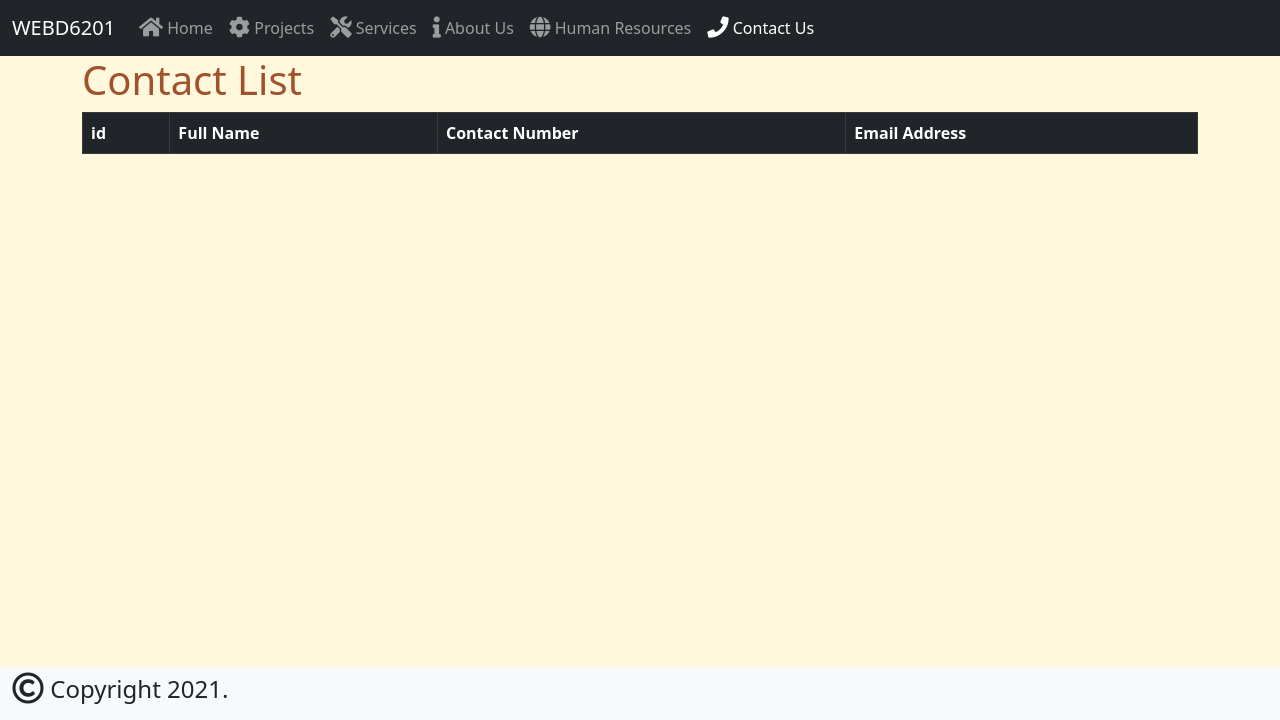
Repository: YiuWingLau/WEBD6201-W2021-Lab1
Page: contact-list.html
An editor plug-in stored every save of this project. The page is shown before and after the next save, followed by the edit.
The browser window is 1280 px wide. The pictures show the whole page.

Above is the page before, as saved 2021-02-04 03:19:20.

### contact-list.html
<!DOCTYPE html>
<html lang="en">
<head>
    <meta charset="UTF-8">
    <meta name="viewport" content="width=device-width, initial-scale=1.0">
    <title>Contact-List</title>
    <!-- CSS Section -->
    <link rel="stylesheet" href="./node_modules/bootstrap/dist/css/bootstrap.min.css">
    <link rel="stylesheet" href="./node_modules/@fortawesome/fontawesome-free/css/all.min.css">
    <link rel="stylesheet" href="./Content/app.css">
</head>
<body>
    <!-- Main Header -->
    <header>
        <!-- Main Navigation -->
        <nav class="navbar navbar-expand-lg navbar-dark bg-dark">
            <div class="container-fluid">
              <a class="navbar-brand" href="index.html">WEBD6201</a>
              <button class="navbar-toggler" type="button" data-bs-toggle="collapse" data-bs-target="#navbarSupportedContent" aria-controls="navbarSupportedContent" aria-expanded="false" aria-label="Toggle navigation">
                <span class="navbar-toggler-icon"></span>
              </button>
              <div class="collapse navbar-collapse" id="navbarSupportedContent">
                <ul class="navbar-nav me-auto mb-2 mb-lg-0">

                  <li id="navBarIndex" class="nav-item">
                    <a class="nav-link" aria-current="page" href="index.html"><i class="fas fa-home fa-lg"></i> Home</a>
                  </li>

                  <li id="navBarProjects" class="nav-item">
                    <a class="nav-link" aria-current="page" href="products.html"><i class="fas fa-cog fa-lg"></i> Products</a>
                  </li>

                  <li id="navBarServices" class="nav-item">
                    <a class="nav-link" aria-current="page" href="services.html"><i class="fas fa-tools fa-lg"></i> Services</a>




                  </li>

                  <li id="navBarAboutUs" class="nav-item">
                    <a class="nav-link" aria-current="page" href="about.html"><i class="fas fa-info fa-lg"></i> About Us</a>
                  </li>

                  <li id="navBarContactUs" class="nav-item">
                    <a class="nav-link active" aria-current="page" href="contact.html"><i class="fas fa-phone fa-lg"></i> Contact Us</a>
                  </li>

                </ul>
              </div>
            </div>
          </nav>
    </header>

    <!-- Main Content -->
    <main class="container">
        <h1>Contact List</h1>

        <div class="row">
          <div class="col">
            <table class="table table-striped table-bordered table-hover">
              <thead class="table-dark">
                <tr>
                  <th scope="col">id</th>
                  <th scope="col">Full Name</th>
                  <th scope="col">Contact Number</th>
                  <th scope="col">Email Address</th>
                </tr>
              </thead>
              <tbody id="contactList">
              </tbody>
            </table>
          </div>
        </div>
    </main>

    <!-- Main Footer -->
    <footer>
        <nav class="navbar fixed-bottom navbar-light bg-light">
            <div class="container-fluid">
              <h4><i class="far fa-copyright fa-lg"></i> Copyright 2021.</h4>
            </div>
          </nav>
    </footer>

    <!-- Script Section-->
    <script src="./node_modules/jquery/dist/jquery.min.js"></script>
    <script src="./node_modules/bootstrap/dist/js/bootstrap.bundle.min.js"></script>

    <script src="./Scripts/contact.js"></script>
    <script src="./Scripts/app.js"></script>
</body>
</html>

### Content/app.css
h1 {
    color: sienna;

}

p {
    color: blue;
    font-family:Cambria, Cochin, Georgia, Times, 'Times New Roman', serif;
    font-style: italic;
    font-size: 30px;
}

body {
    background-color: cornsilk;
}

#homepic {
    width: 1000px;
    height: 600px;
}

### Scripts/contact.js
"use strict";
// Contact Class
class Contact {
    // getters and setters
    get FullName()
    {
      return this.m_fullName;
    }

    set FullName(value)
    {
      this.m_fullName = value;
    }

    get ContactNumber()
    {
      return this.m_contactNumber;
    }

    set ContactNumber(value)
    {
      this.m_contactNumber = value;
    }

    get EmailAddress()
    {
      return this.m_emailAddress;
    }

    set EmailAddress(value)
    {
      this.m_emailAddress = value;
    }

    // constructor

    /**
     * @param {string} fullName
     * @param {string} contactNumber
     * @param {string} emailAddress
     */
    constructor(fullName = "", contactNumber = "", emailAddress = "")
    {
      this.FullName = fullName;
      this.ContactNumber = contactNumber;
      this.EmailAddress = emailAddress;
    }

    // methods

    /**
     * This method overrides the built-in toString method for the Contact class
     *
     * @returns {string}
     */
    toString()
    {
      return `Full Name     : ${this.FullName} \nContact Number: ${this.ContactNumber}\nEmail Address : ${this.EmailAddress}`;
    }

    /**
     * This method returns a JSON object made up of the properties of the Contact class
     *
     * @returns {Object}
     */
    toJSON()
    {
      return {
        "fullName": this.FullName,
        "contactNumber": this.ContactNumber,
        "emailAddress": this.EmailAddress
      }
    }

    /**
     * This method converts the Contact into a comma-separated value string
     *
     * @returns {string}
     */
    serialize()
    {
      if(this.FullName !== "" && this.ContactNumber !== "" && this.EmailAddress !== "")
      {
        return `${this.FullName},${this.ContactNumber},${this.EmailAddress}`;
      }
      else
      {
        console.error("One or more properties of the Contact is empty");
        return null;
      }
    }

    /**
     * This method takes a comma-separated data string and assigns the values to the Contact class properties
     *
     * @param {string} data
     * @return {void}
     */
    deserialize(data)
    {
      let propertyArray = data.split(",");
      this.FullName = propertyArray[0];
      this.ContactNumber = propertyArray[1];
      this.EmailAddress = propertyArray[2];
    }
  }

### Scripts/app.js
/* custom JavaScript goes here */

//IIFE - Immediately Invoked Function Expression
//AKA - Anonymous Self-Executing Function
//Closure - limits scope leak

"use strict";

(function()
{
    function displayHome()
    {
        let myhomebackground = document.createElement("img");
        myhomebackground.setAttribute("id", "homepic");
        myhomebackground.setAttribute("src", "./images/homepagebackground.jpg");
        myhomebackground.setAttribute("alt", "Computer Programmer");

        // Step 1. document.createElement
        let newParagraph = document.createElement("p");
        // Step 2. configure the element
        newParagraph.setAttribute("id", "paragraphTwo");
        newParagraph.textContent = "This is my home page";
        // Step 3. select the parent element
        let mainContent = document.getElementsByTagName("main")[0];
        mainContent.appendChild(myhomebackground);
        // Step 4. Add / Insert the element
        mainContent.appendChild(newParagraph);
        //newParagraph.className = "fs-6";
    }

    function displayAbout()
    {
        //create new element Human Resources
        let myPicture = document.createElement("img");
        myPicture.setAttribute("id", "myImage");
        myPicture.setAttribute("src", "./images/img_me.jpg");
        myPicture.setAttribute("alt", "Nelson Lau");
        myPicture.setAttribute("width", "192");
        myPicture.setAttribute("height", "108");

        // Step 1. document.createElement
        let ParagraphOne = document.createElement("p");
        // Step 2. configure the element
        ParagraphOne.setAttribute("id", "myIntroduction");
        ParagraphOne.textContent = "Here are my favourite projects.";
        // Step 3. select the parent element
        let mainContent = document.getElementsByTagName("main")[0];
        mainContent.appendChild(myPicture);
        // Step 4. Add / Insert the element
        mainContent.appendChild(ParagraphOne);
        ParagraphOne.className = "fs-lg";

    }

    function displayProjects()
    {
        // Step 1. document.createElement
        let newParagraph = document.createElement("p");
        // Step 2. configure the element
        newParagraph.setAttribute("id", "myprojects");
        newParagraph.textContent = "Here are my famourite projects.";
        // Step 3. select the parent element
        let mainContent = document.getElementsByTagName("main")[0];
        // Step 4. Add / Insert the element
        mainContent.appendChild(newParagraph);
        newParagraph.className = "fs-12";
    }

    function displayHumanResources()
    {

    }

    function displayServices()
    {

        // another way of injecting content
        let paragraphDiv = document.createElement("div");
        let paragraphThree = `<p id="paragraphThree" class="fs-7 fw-bold">And this is the Third Paragraph</p>`;
        paragraphDiv.innerHTML = paragraphThree;

        // insertions

        // example of inserting before a node
        // newParagraph.before(paragraphDiv);

        // example of inserting after a node
        newParagraph.after(paragraphDiv);

        // deletions

        // example of removing a single element
        //paragraphOneElement.remove();

        // example of removeChild
       // mainContent.removeChild(paragraphOneElement);
        // update / modification
        //mainContent.firstElementChild.textContent = "Welcome Home!";
    }

    function displayContact()
    {
        let messageArea = document.getElementById("messageArea");
        messageArea.hidden = true;

        // form validation
        let fullName = document.getElementById("fullName");
        fullName.addEventListener("blur", function() {
            if(fullName.value.length < 2)
            {
                fullName.focus();
                fullName.select();
                messageArea.hidden = false;
                messageArea.className = "alert alert-danger";
                messageArea.textContent = "Please enter an appropriate Name";
            }
            else
            {
                messageArea.removeAttribute("class");
                messageArea.hidden = true;
            }
        });

        let sendButton = document.getElementById("sendButton");
        sendButton.addEventListener("click", function(event){
            //event.preventDefault();

            let contact = new Contact(fullName.value, contactNumber.value, emailAddress.value);

            if(contact.serialize())
            {
              localStorage.setItem((localStorage.length + 1).toString(), contact.serialize());
            }

        });
    }

    function displayContactList()
    {
      if (localStorage.length > 0)
      {
        let contactList = document.getElementById("contactList");

        let data = "";

        for (let index = 0; index < localStorage.length; index++)
        {
          let contactData = localStorage.getItem((index + 1).toString());

          let contact = new Contact();
          contact.deserialize(contactData);

          data += `<tr>
          <th scope="row">${index + 1}</th>
          <td>${contact.FullName}</td>
          <td>${contact.ContactNumber}</td>
          <td>${contact.EmailAddress}</td>
        </tr>`;
        }

        contactList.innerHTML = data;
      }
    }

    // function to correct the wrong link and text content in navigation bar
    function changeNavBarName()
    {
        let navName = document.getElementById("navBarProjects");
        navName.innerHTML = `<a class='nav-link' aria-current='page' href='projects.html'><i class="fas fa-cog fa-lg"></i> Projects</a>`;
    }

    // function to add Human Resource element to Nav Bar between About Us and Contact Us
    function addNewNavBarElement()
    {
        //create new element Human Resources
        let newListElement = document.createElement("li");
        newListElement.setAttribute("id", "navBarHumanResources");
        newListElement.setAttribute("class", "nav-item");
        newListElement.innerHTML = `<a class='nav-link' aria-current='page' href='Human-Resources.html'><i class="fas fa-globe fa-lg"></i> Human Resources</a>`;
        // append new element after About Us
        let aboutUsListElement = document.getElementById("navBarAboutUs");
        aboutUsListElement.after(newListElement);
    }

    function Start()
    {
        console.log("App Started...");

        changeNavBarName();

        addNewNavBarElement();

        switch (document.title)
        {
          case "Home":
              displayHome();
            break;
          case "About":
              displayAbout();
            break;
          case "Projects":
              displayProjects();
            break;
          case "Human Resources":
              displayHumanResources();
            break;
          case "Services":
              displayServices();
            break;
          case "Contact":
              displayContact();
            break;
          case "Contact-List":
            displayContactList();
          break;
        }

    }

    window.addEventListener("load", Start);

})();

Loaded but not shown: node_modules/bootstrap/dist/css/bootstrap.min.css (library); node_modules/@fortawesome/fontawesome-free/css/all.min.css (library); node_modules/jquery/dist/jquery.min.js (library); node_modules/bootstrap/dist/js/bootstrap.bundle.min.js (library)

After the next save:
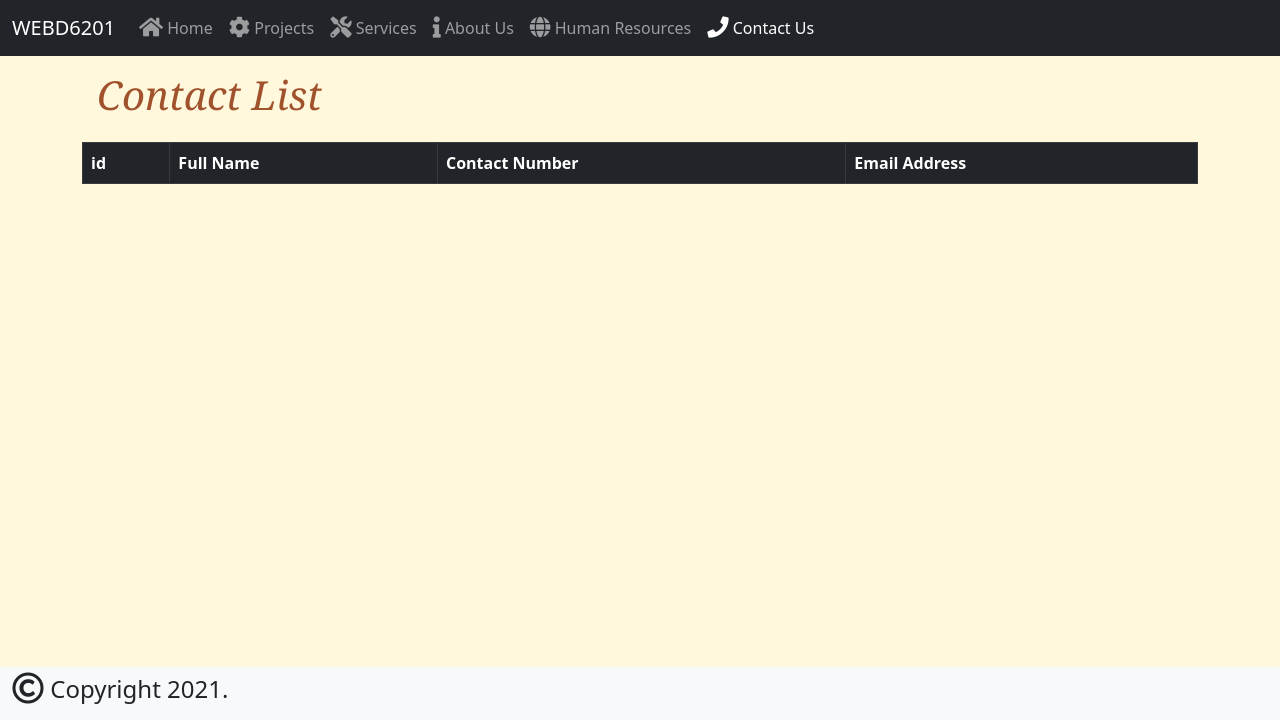
Saved 11 h 25 min later.
--- a/Content/app.css
+++ b/Content/app.css
@@ -1,20 +1,22 @@
 h1 {
+    padding: 15px;
     color: sienna;
-
+    font-family: Cambria, Cochin, Georgia, Times, 'Times New Roman', serif;
+    font-style: italic;
 }
 
 p {
     color: blue;
     font-family:Cambria, Cochin, Georgia, Times, 'Times New Roman', serif;
     font-style: italic;
-    font-size: 30px;
+    font-size: 25px;
 }
 
 body {
     background-color: cornsilk;
 }
 
-#homepic {
+#homePicture {
     width: 1000px;
     height: 600px;
 }
